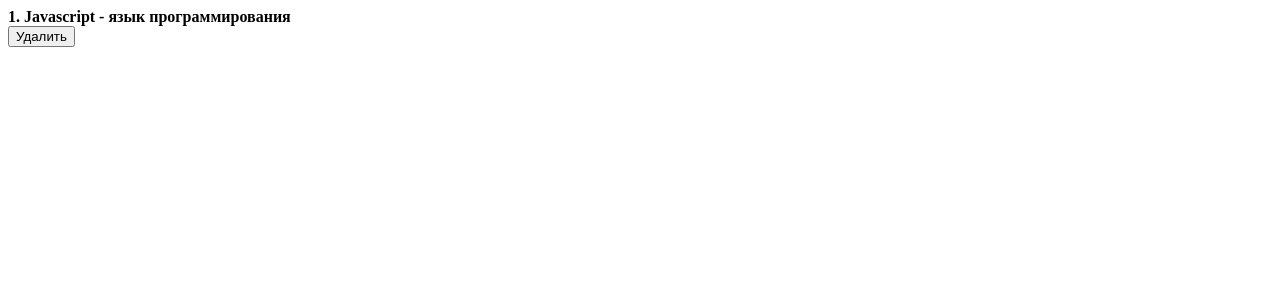
Repository: otvertka/ulb
Page: /
An editor plug-in stored every save of this project. The page is shown before and after the next save, followed by the edit.
The browser window is 1280 px wide. The pictures show the whole page.
The project was rebuilt for these pictures with package versions that can differ from the ones it lists, and the page was loaded fresh each time. Also part of the build but not shown: src/components/Counter.jsx, src/components/ClassCounter.jsx.

Above is the page before, as saved 2023-06-10 11:29:25.

After the next save:
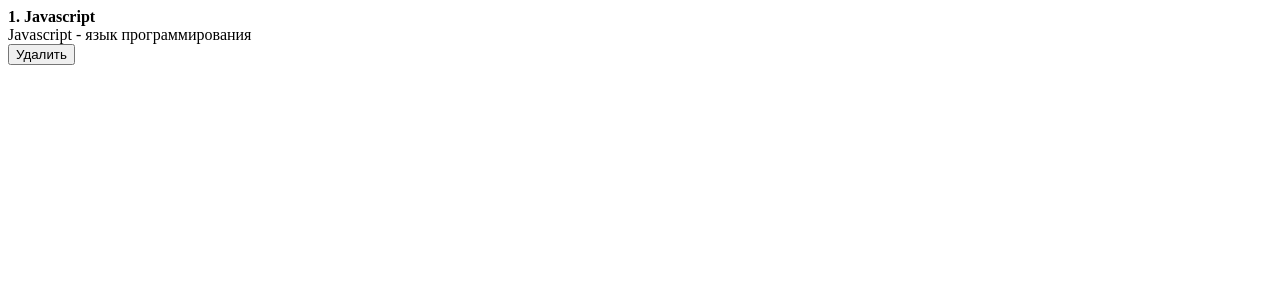
Saved 50 s later.
--- a/src/App.js
+++ b/src/App.js
@@ -12,7 +12,8 @@ function App() {
       <div className="App">
         <div className="post">
           <div className="post__content">
-            <strong> 1. Javascript - язык программирования</strong>
+            <strong> 1. Javascript </strong>
+            <div>Javascript - язык программирования</div>
           </div>
         </div>
         <div className="post__btns">
